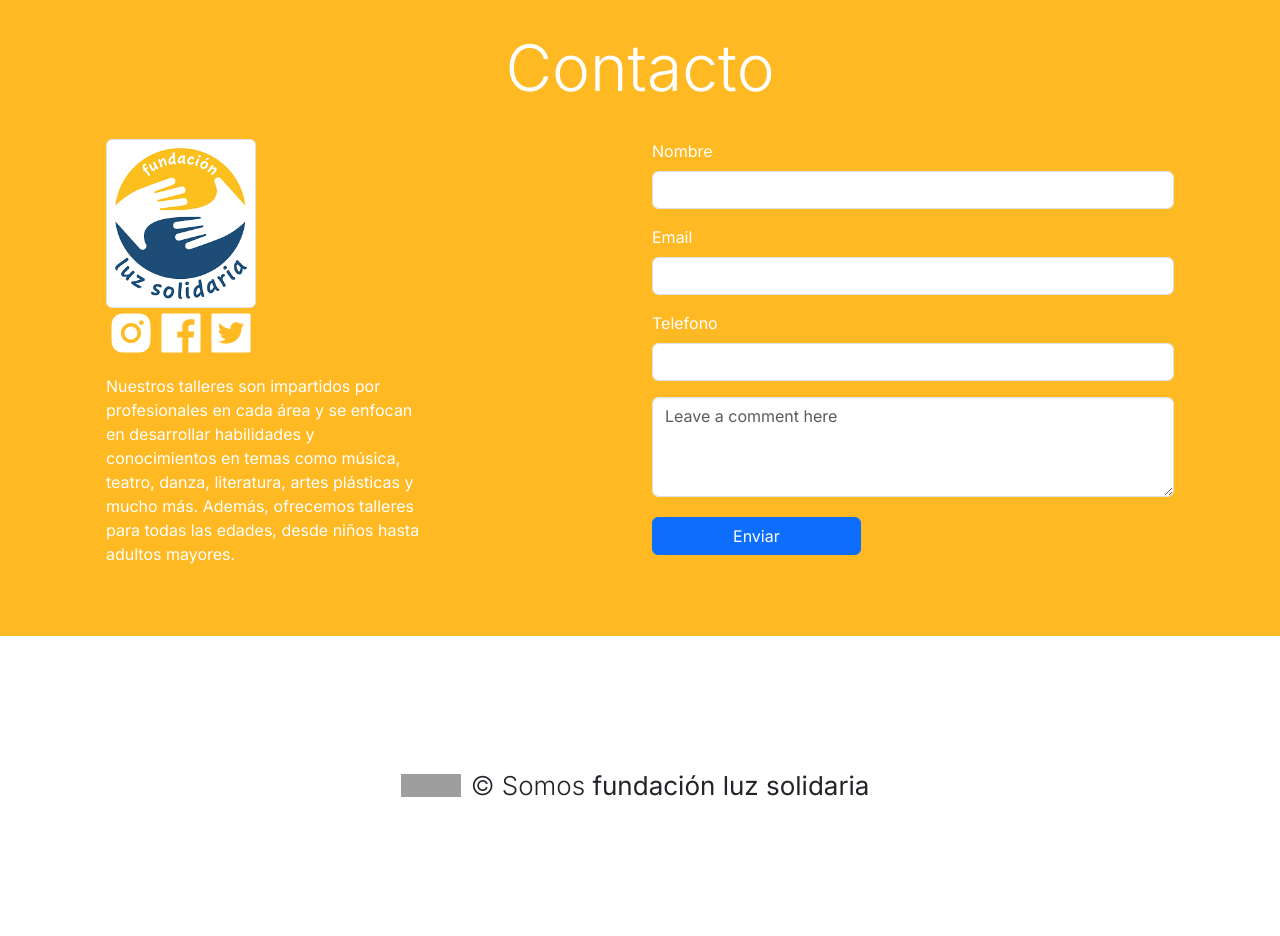
Repository: JtoralesK/dwf11
Page: /
These files come from the project's save history. The page is drawn as it stood at one moment and after the next save; the edit follows.
The browser window is 1280 px wide. The pictures show the whole page.
Pictures or frames that could not be fetched are drawn as grey boxes. The project was rebuilt for these pictures with package versions that can differ from the ones it lists, and the page was loaded fresh each time. The framework's server and built-in components were replaced by stand-ins that run in the browser. Also part of the build but not shown: next.config.js.

Above is the page before, as saved 2023-05-31 19:11:31.

### src/app/layout.tsx
import './globals.css'
import { Inter } from 'next/font/google'

const inter = Inter({ subsets: ['latin'] })

export const metadata = {
  title: 'Create Next App',
  description: 'Generated by create next app',
}

export default function RootLayout({
  children,
}: {
  children: React.ReactNode
}) {
  return (
    <html lang="en">

      <body className={inter.className}>{children}</body>
    </html>
  )
}

### src/app/page.tsx
import Image from "next/image";
import styles from "./page.module.css";
import { Contacto } from "./components/contacto";
import { Footer } from "./components/footer";
export default function Home() {
  return (
    <>
      <Contacto />
      <Footer/>
    </>
  );
}

### src/app/components/contacto/index.tsx
import "bootstrap/dist/css/bootstrap.min.css";
import { SectionInputs } from "./sectionInput";
import { FaBeer } from "react-icons/fa";
import {
  AiFillInstagram,
  AiFillFacebook,
  AiFillTwitterSquare,
} from "react-icons/ai";

export function Contacto() {
  return (
    <>
      <div
        style={{
          backgroundColor: "#ffb923",
          color: "white",
          padding: "30px",
        }}
      >
        <div className="container-sm text-center ">
          <h1 className="font-weight-bold display-3">Contacto</h1>
          <div className="row p-lg-4">
            <div className="col-sm-16 col-md-6 text-center ">
              <div className=" d-md-flex flex-column d-none">
                <img
                  src="data:[embedded picture, 9291 characters]
            BU5I/166HRl7DM0JHd93otkupwE9wh+8Q4HuTkd/vz/99LosEf7UOF1LGvesnj8LX1fZVn3s7jZfh5drVp8XZWG/h8zs0VCdp8KmQAAAABJRU5ErkJggg=="
                  className="img-thumbnail rounded float-start p-2"
                  style={{ width: "150px" }}
                  alt="..."
                ></img>
                <div
                  className="d-flex flex-row mb-3 justify-content-around "
                  style={{ width: "150px" }}
                >
                  <AiFillInstagram size={"50px"} />
                  <AiFillFacebook size={"50px"} />
                  <AiFillTwitterSquare size={"50px"} />
                </div>
                <div style={{ width: "60%" }}>
                  <p className="text-start">
                    Nuestros talleres son impartidos por profesionales en cada
                    área y se enfocan en desarrollar habilidades y conocimientos
                    en temas como música, teatro, danza, literatura, artes
                    plásticas y mucho más. Además, ofrecemos talleres para todas
                    las edades, desde niños hasta adultos mayores.
                  </p>
                </div>
              </div>
            </div>
            <div className="col-sm-16 col-md-6 text-center ">
              <SectionInputs />
            </div>
          </div>
        </div>
      </div>
    </>
  );
}

### src/app/components/footer/index.tsx
import React from 'react'
import "./style.css";

export const Footer = () => {
  return (
    <footer className="footer">
    <div className="contenedor-footer">
        <div className="redes-sociales">
            <img src={"/image/facebook.png"} className="link-redes_sociales" ></img>
            <img src={"/image/instagram.png"} className="link-redes_sociales" ></img>

        </div>
        <div className="footer-text">
            <p className="title-copy">&copy; Somos <strong>fundación luz solidaria</strong></p>
        </div>
    </div>
  </footer>
  )
}

### src/app/components/contacto/sectionInput.tsx
import "bootstrap/dist/css/bootstrap.min.css";

export function SectionInputs() {
  const style = {
    margin: "20px 0",
    width: "40%",
    "@media (min-width: 768px)": {
      width: "40%",
    },
  } as React.CSSProperties;
  return (
    <>
      <form className="d-flex flex-column text-start" style={{ width: "100%" }}>
        <div className="mb-3">
          <label className="form-label">
            <p style={{ margin: "0" }}>Nombre</p>
          </label>
          <input
            type="text"
            className="form-control"
            id="exampleInputEmail1"
            aria-describedby="emailHelp"
          />
        </div>
        <div className="mb-3">
          <label className="form-label">
            <p style={{ margin: "0" }}>Email</p>
          </label>
          <input
            type="email"
            className="form-control"
            id="exampleInputPassword1"
          />
        </div>
        <div className="mb-3">
          <label className="form-label">
            <p style={{ margin: "0" }}>Telefono</p>
          </label>
          <input
            type="email"
            className="form-control"
            id="exampleInputPassword1"
          />
        </div>
        <textarea
          className="form-control"
          style={{ height: "100px" }}
          placeholder="Leave a comment here"
          id="floatingTextarea"
        ></textarea>
        <button
          style={style}
          type="submit"
          className="btn btn-primary w-md-auto"
        >
          Enviar
        </button>
      </form>
    </>
  );
}

### src/app/components/footer/style.css
.footer{
    height: 300px;
    display: flex;
    line-height: 7px;
    text-align: center;
    font-size: 22px;
    background-color: #fff;
}

.contenedor-footer {
    display: flex;
    justify-content:center;
    align-items: center;
    margin: 10px auto;

}
.footer-text{
    display: flex;
    justify-content: center;
    align-items: center;
    padding: 10px;
    margin: 0;
}
.redes-sociales{

}
.title-copy {
    text-align: center;
    font-size: 26px;
    font-weight: 300;
    margin: 0;
}
.link-redes_sociales{
    width: 30px;
}

Loaded but not shown: src/app/globals.css (common file)

After the next save:
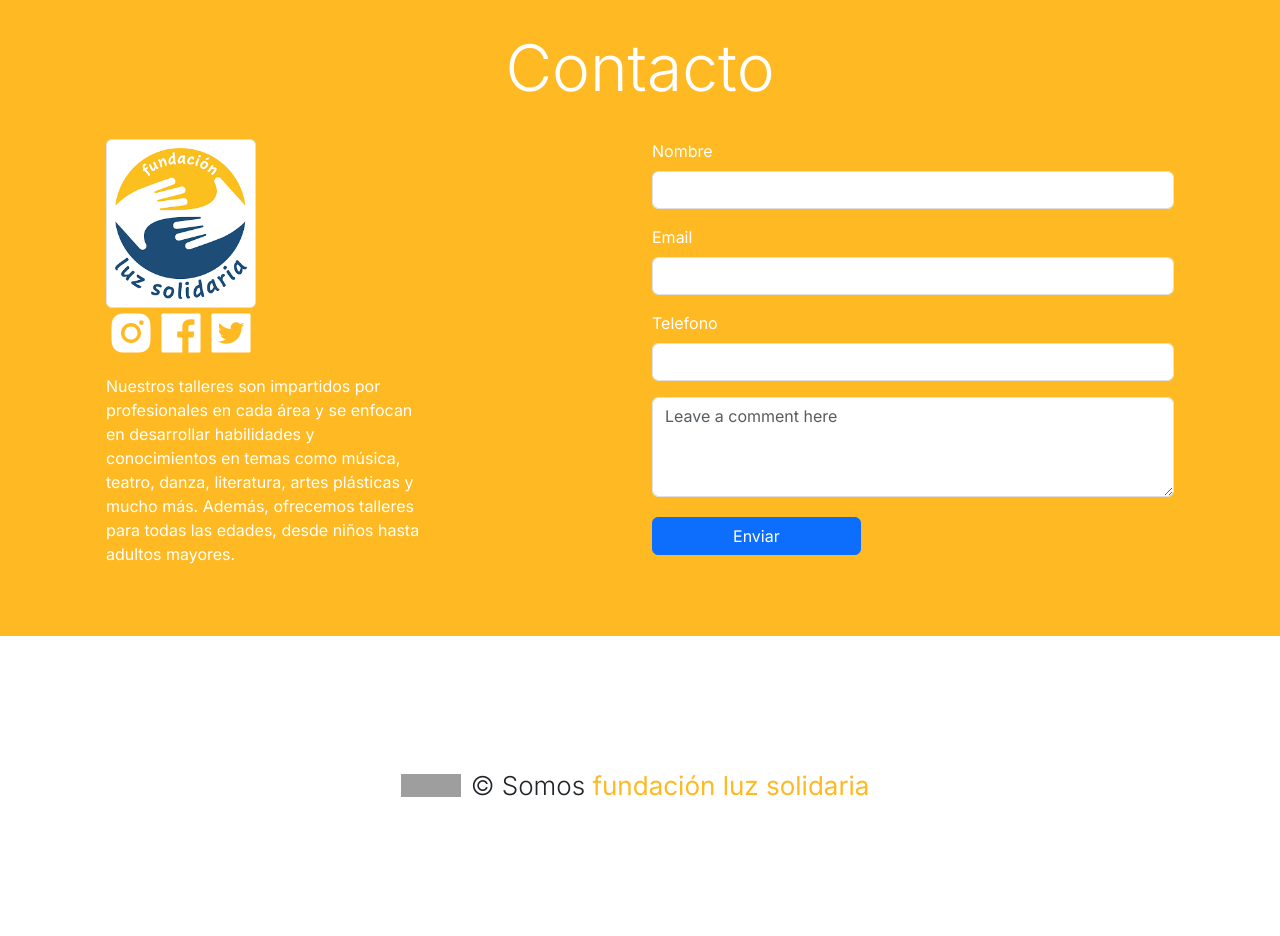
Saved 19 min 1 s later.
--- a/src/app/components/footer/style.css
+++ b/src/app/components/footer/style.css
@@ -30,6 +30,9 @@
     font-weight: 300;
     margin: 0;
 }
+.title-copy strong{
+    color: #ffb923;
+}
 .link-redes_sociales{
     width: 30px;
 }
